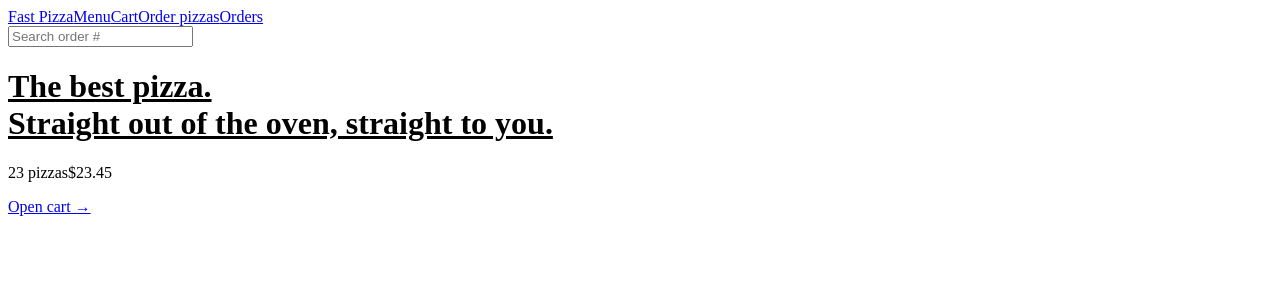
Repository: islamsaeedDev/ecommerce-cash-on-deliver-pizza-store
Page: /
The author's editor kept a copy of each file at every save. The page is drawn from the files as they stood at one save, then again after the next save.
The browser window is 1280 px wide. The pictures show the whole page.
The project was rebuilt for these pictures with package versions that can differ from the ones it lists, and the page was loaded fresh each time. Also part of the build but not shown: vite.config.js, src/ui/Error.jsx, src/services/apiRestaurant.js, src/utils/helpers.js, src/features/menu/MenuItem.jsx, src/features/menu/Menu.jsx, src/features/cart/Cart.jsx, src/features/order/Order.jsx and 1 more. Imported but missing from the stored project, and not drawn on this page: src/features/order/CreateOrder.

Above is the page before, as saved 2025-10-22 03:41:03.

### src/App.jsx
import { createBrowserRouter, RouterProvider } from "react-router-dom";
import Home from "./ui/Home";
import Error from "./ui/Error";
import Menu, { loader as menuLoader } from "./features/menu/Menu";

import Cart from "./features/cart/Cart";
import CreateOrder, {
  action as createOrderAction,
} from "./features/order/CreateOrder";
import Order, { loader as orderLoader } from "./features/order/Order";
import AppLayout from "./ui/AppLayout";

const router = createBrowserRouter([
  {
    element: <AppLayout />,
    errorElement: <Error />,
    children: [
      {
        path: "/",
        element: <Home />,
      },
      {
        path: "/menu",
        element: <Menu />,
        loader: menuLoader,
        errorElement: <Error />,
      },
      { path: "/cart", element: <Cart /> },
      {
        path: "/order/new",
        element: <CreateOrder />,
        action: createOrderAction,
      },
      {
        path: "/order/:orderId",
        element: <Order />,
        loader: orderLoader,
        errorElement: <Error />,
      },
    ],
  },
]);

function App() {
  return <RouterProvider router={router} />;
}

export default App;

### src/index.css
@tailwind base;
@tailwind components;
@tailwind utilities;
/* body {
  font-family: system-ui, -apple-system, BlinkMacSystemFont, "Segoe UI", Roboto,
    Oxygen, Ubuntu, Cantarell, "Open Sans", "Helvetica Neue", sans-serif;
  background-color: #f7f7f7;
  color: #444;
}

.layout {
  display: grid;
  grid-template-rows: auto 1fr auto;
  gap: 32px;
  height: 100dvh;
} */

/* https://dev.to/afif/i-made-100-css-loaders-for-your-next-project-4eje */
.loader {
  width: 45px;
  aspect-ratio: 0.75;
  --c: no-repeat linear-gradient(#333 0 0);
  background: var(--c) 0% 50%, var(--c) 50% 50%, var(--c) 100% 50%;
  background-size: 20% 50%;
  animation: loading 1s infinite linear;
}

@keyframes loading {
  20% {
    background-position: 0% 0%, 50% 50%, 100% 50%;
  }
  40% {
    background-position: 0% 100%, 50% 0%, 100% 50%;
  }
  60% {
    background-position: 0% 50%, 50% 100%, 100% 0%;
  }
  80% {
    background-position: 0% 50%, 50% 50%, 100% 100%;
  }
}

### src/ui/Home.jsx
import SearchOrder from '../features/order/SearchOrder';

function Home() {
  return (
    <div>
      <SearchOrder />
      <h1 className="text-3xl font-bold text-stone-700 underline">
        The best pizza.
        <br />
        <span className="text-fuchsia-500">
          Straight out of the oven, straight to you.
        </span>
      </h1>
    </div>
  );
}

export default Home;

### src/ui/AppLayout.jsx
import { Outlet, useNavigation } from 'react-router-dom';
import CartOverview from '../features/cart/CartOverview';
import Header from './Header';
import Loader from './Loader';

function AppLayout() {
  const navigation = useNavigation();

  const isLoading = navigation.state === 'loading';

  return (
    <div className="layout">
      {isLoading && <Loader />}
      <Header />
      <main>
        <Outlet />
      </main>

      <CartOverview />
    </div>
  );
}

export default AppLayout;

### src/features/order/SearchOrder.jsx
import { useState } from "react";
import { useNavigate } from "react-router-dom";

function SearchOrder() {
  const [query, setQuery] = useState();
  const navigate = useNavigate();

  const handleSubmit = (e) => {
    e.preventDefault();
    if (!query) return;
    navigate(`/order/${query}`);
    setQuery("");
  };

  return (
    <form onSubmit={handleSubmit}>
      <input
        placeholder="Search order #"
        value={query}
        onChange={(e) => setQuery(e.target.value)}
      />
    </form>
  );
}

export default SearchOrder;

### src/features/cart/CartOverview.jsx
import { Link } from 'react-router-dom';

function CartOverview() {
  return (
    <div className="bg-stone-800 p-4 text-stone-300">
      <p>
        <span>23 pizzas</span>
        <span>$23.45</span>
      </p>
      <Link to="/cart">Open cart &rarr;</Link>
    </div>
  );
}

export default CartOverview;

### src/ui/Header.jsx
import { Link } from 'react-router-dom';

function Header() {
  return (
    <header className="bg-fuchsia-500">
      <Link to="/">Fast Pizza</Link>
      <Link to="/menu">Menu</Link>
      <Link to="/cart">Cart</Link>
      <Link to="/order/new">Order pizzas</Link>
      <Link to="/order">Orders</Link>
    </header>
  );
}

export default Header;

Loaded but not shown: index.html (common file); src/main.jsx (common file)

After the next save:
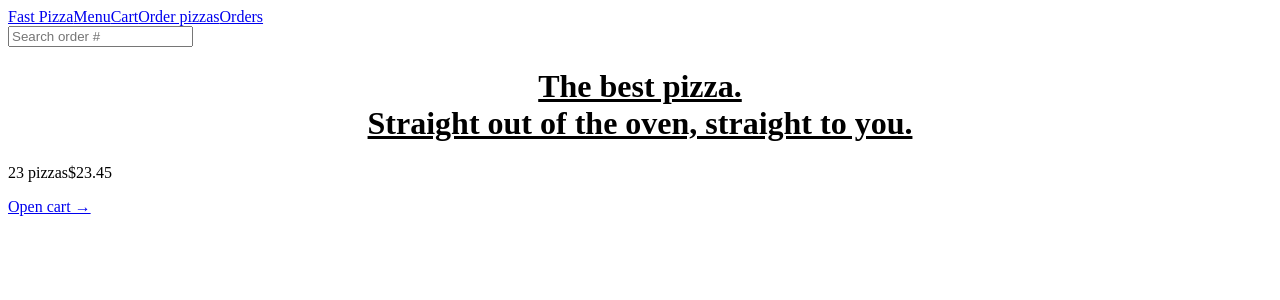
Saved 26 s later.
--- a/src/ui/Home.jsx
+++ b/src/ui/Home.jsx
@@ -4,7 +4,7 @@ function Home() {
   return (
     <div>
       <SearchOrder />
-      <h1 className="text-3xl font-bold text-stone-700 underline">
+      <h1 className="text-center text-3xl font-bold text-stone-700 underline">
         The best pizza.
         <br />
         <span className="text-fuchsia-500">
